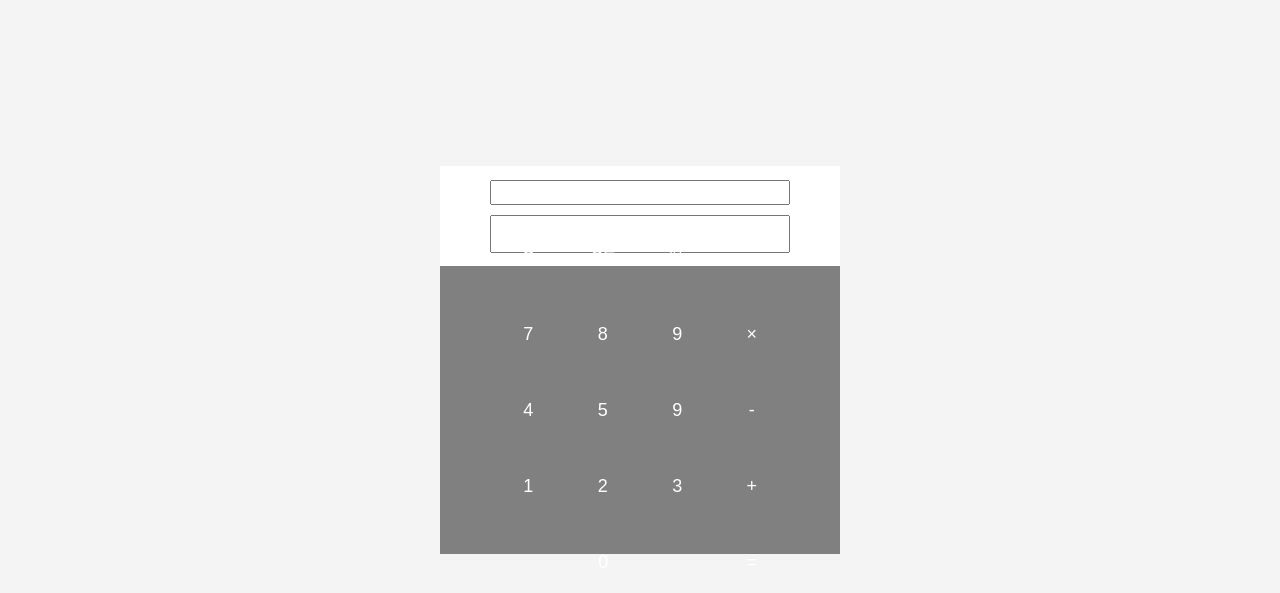
Repository: DNature/calc
Page: index.html
The author's editor kept a copy of each file at every save. The page is drawn from the files as they stood at one save, then again after the next save.
The browser window is 1280 px wide. The pictures show the whole page.

Above is the page before, as saved 2019-11-21 00:07:46.

After the next save:
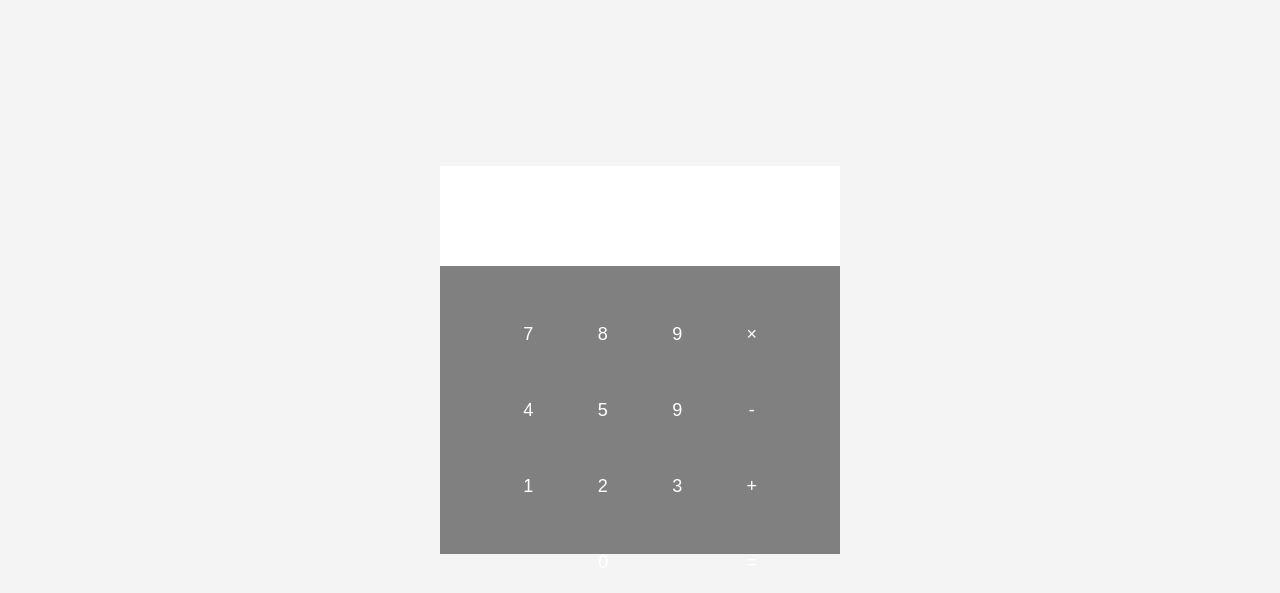
Saved 75 s later.
--- a/css/style.css
+++ b/css/style.css
@@ -76,9 +76,15 @@ body {
 .display {
   width: 300px;
   margin: 5px;
-  /* height: 20px; */
+  outline: none;
+  border: none;
   font-size: 30px;
   text-align: right;
+}
+
+.display:focus {
+  outline: none;
+  border: none;
 }
 
 .display:first-child {
